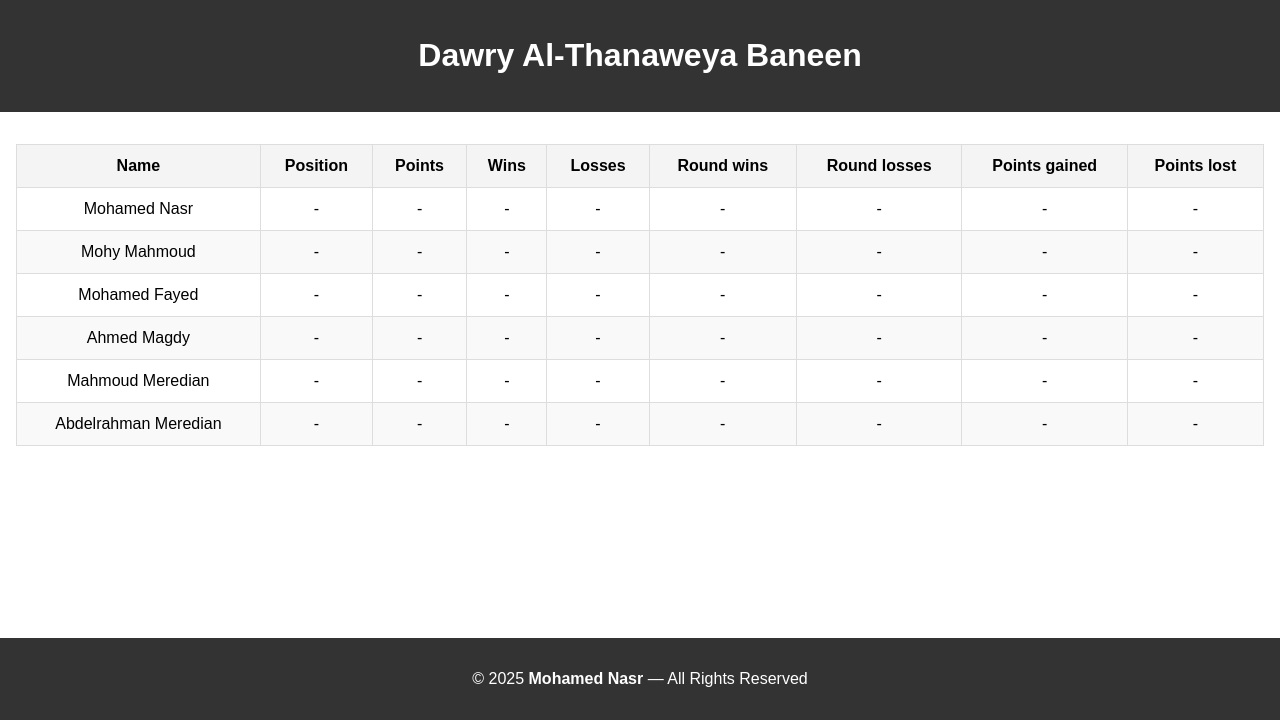
Repository: MohamedNasr95/Dawry-Al-Thanaweya-Baneen
Page: Index.html
An editor plug-in stored every save of this project. The page is shown before and after the next save, followed by the edit.
The browser window is 1280 px wide. The pictures show the whole page.

Above is the page before, as saved 2025-09-07 19:34:55.

After the next save:
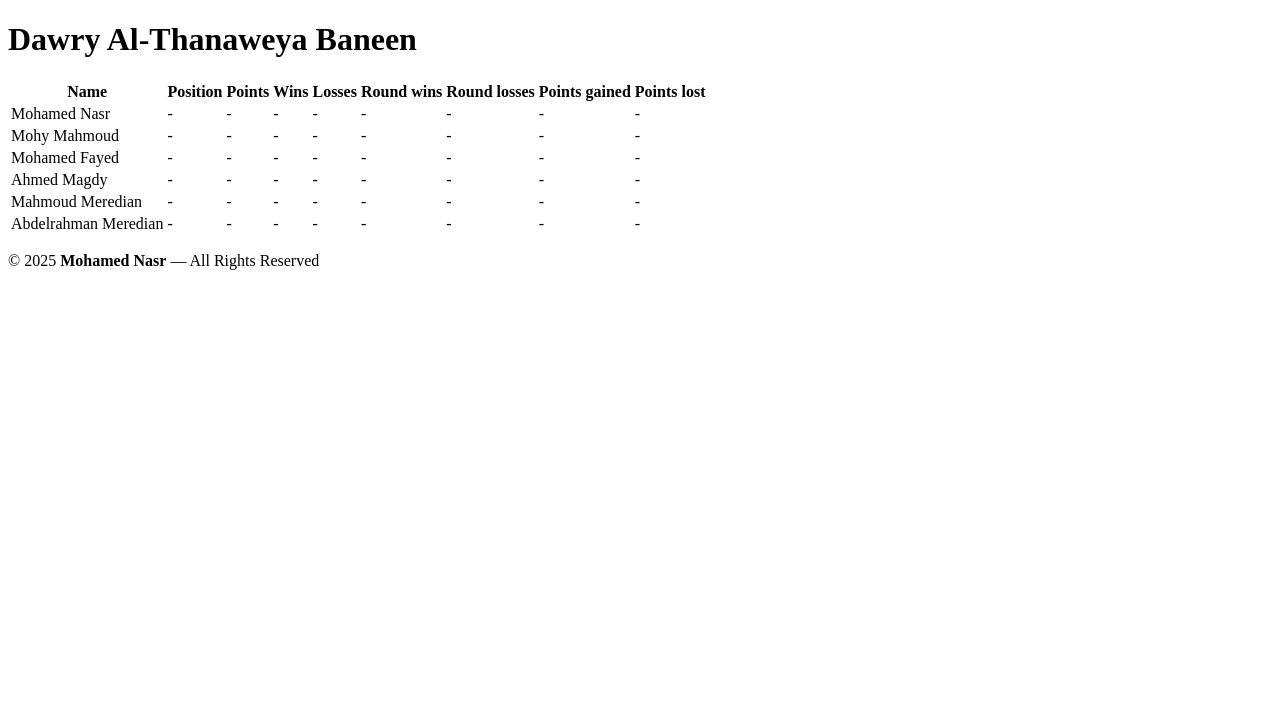
Saved 8 s later.
--- a/Index.html
+++ b/Index.html
@@ -5,43 +5,7 @@
   <meta name="viewport" content="width=device-width, initial-scale=1.0" />
   <title>Dawry Al-Thanaweya Baneen</title>
   <style>
-    body {
-      font-family: Arial, sans-serif;
-      margin: 0;
-      padding: 0;
-      display: flex;
-      min-height: 100vh;
-      flex-direction: column;
-    }
-    header, footer {
-      background-color: #333;
-      color: #fff;
-      padding: 1rem;
-      text-align: center;
-    }
-    main {
-      flex: 1;
-      padding: 1rem;
-    }
-    table {
-      width: 100%;
-      border-collapse: collapse;
-      margin: 1rem 0;
-    }
-    th, td {
-      border: 1px solid #ddd;
-      padding: 0.75rem;
-      text-align: center;
-    }
-    th {
-      background-color: #f4f4f4;
-    }
-    tr:nth-child(even) {
-      background-color: #f9f9f9;
-    }
-    tr:hover {
-      background-color: #e0e0e0;
-    }
+
   </style>
 </head>
 <body>

After the 3 saves that followed:
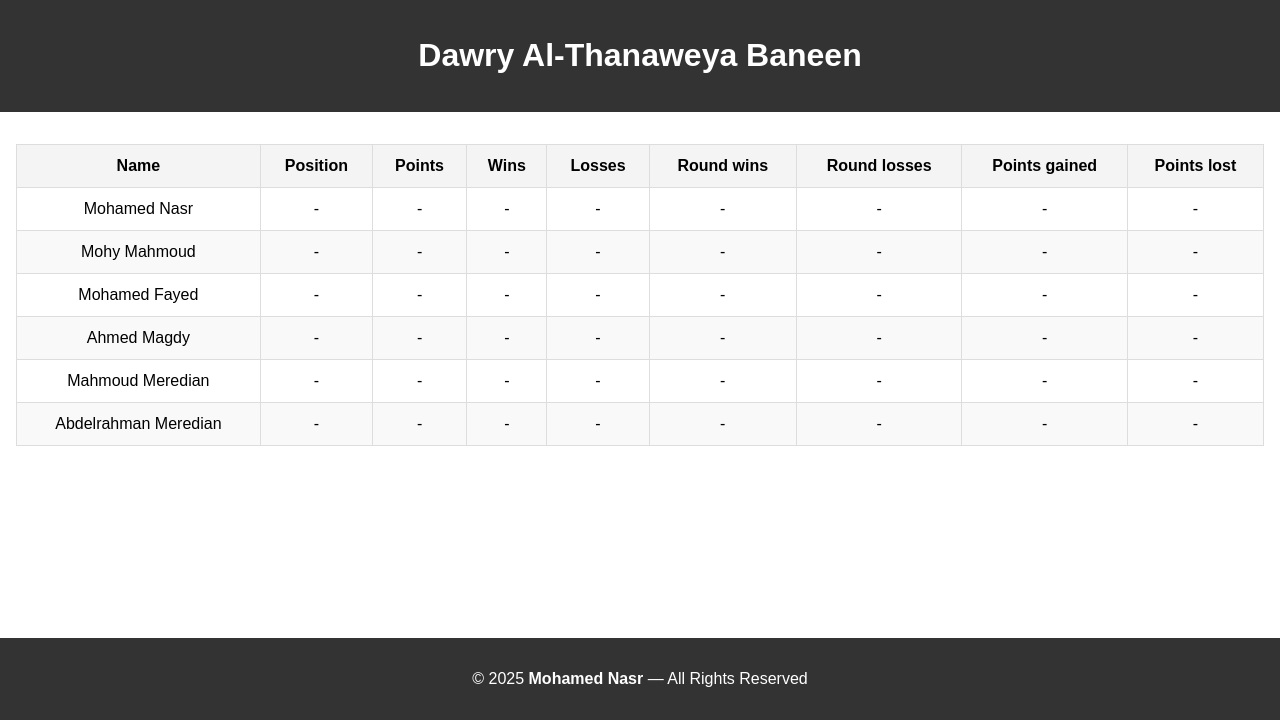
The 3 saves are shown as one change because 2 left the picture as it was.
The last was saved 18 s later.
--- a/Index.html
+++ b/Index.html
@@ -4,9 +4,7 @@
   <meta charset="UTF-8" />
   <meta name="viewport" content="width=device-width, initial-scale=1.0" />
   <title>Dawry Al-Thanaweya Baneen</title>
-  <style>
-
-  </style>
+  <link rel="stylesheet" href="style.css">
 </head>
 <body>
   <header>
